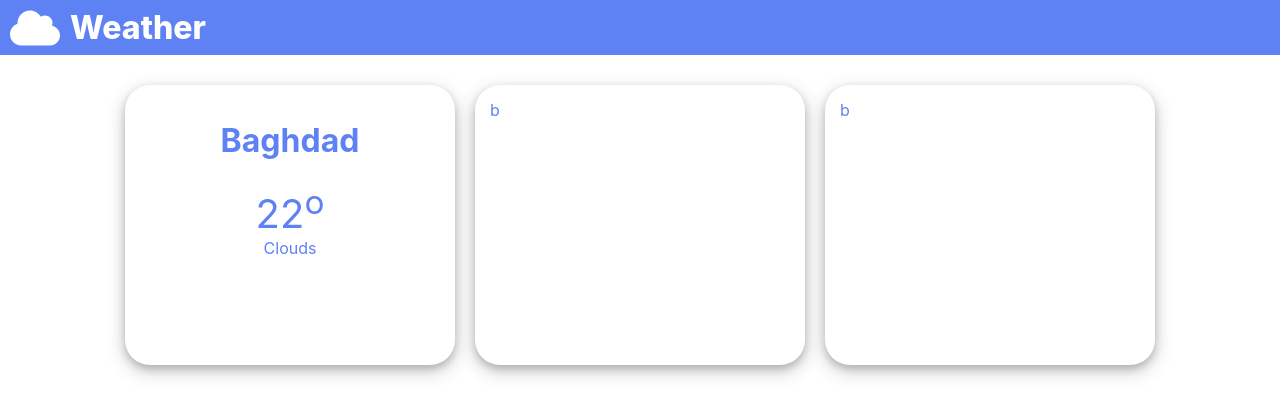
Repository: ahmedazawi/weather-app
Page: /
The author's editor kept a copy of each file at every save. The page is drawn from the files as they stood at one save, then again after the next save.
The browser window is 1280 px wide. The pictures show the whole page.
The project was rebuilt for these pictures with package versions that can differ from the ones it lists, and the page was loaded fresh each time.

Above is the page before, as saved 2022-11-29 21:28:17.

### src/App.js
import "./App.css";
import Header from "./layout/Header";
import Details from "./components/Details";
function App() {
  return (
    <div className="App">
      <Header />
      <Details />
    </div>
  );
}

export default App;

### src/App.css
body {
  --primaryColor: #5e82f4;
  --borderRadius: 25px;
}

.nav {
  display: flex;
  align-items: center;
  height: 55px;
  background-color: var(--primaryColor);
}

### src/layout/Header.js
import React from "react";
import { FontAwesomeIcon } from "@fortawesome/react-fontawesome";
import { faCloud } from "@fortawesome/free-solid-svg-icons";
const Header = () => {
  return (
    <div className="nav">
      <div>
        <FontAwesomeIcon
          className="f-icon"
          icon={faCloud}
          color="White"
          style={{ marginLeft: "10px", fontSize: "40px" }}
        />
      </div>

      <h1 style={{ color: "white", marginLeft: "10px", fontWeight: "800" }}>
        Weather
      </h1>
    </div>
  );
};

export default Header;

### src/components/Details.js
import React from "react";
import "../assets/css/details.css";
const Details = () => {
  return (
    <div className="main">
      <div className="big-cards">
        <div>
          <h1>Baghdad</h1>
          <div style={{ fontSize: "40px" }}>
            22<sup>o</sup>
          </div>
          <div>Clouds</div>
        </div>
        <div>b</div>
        <div>b</div>
      </div>
    </div>
  );
};

export default Details;

### src/assets/css/details.css
.main {
  width: 100%;
  display: flex;
  flex-direction: column;
}

.big-cards {
  width: 100%;
  min-height: fit-content;
  display: flex;
  flex-direction: row;
  flex-wrap: wrap;
  gap: 20px;
  align-items: center;
  justify-content: center;
  margin-top: 30px;
  color: var(--primaryColor);
}
.big-cards > div {
  width: 300px;
  height: 250px;
  background-color: white;
  padding: 15px;
  border-radius: var(--borderRadius);
  box-shadow: 0 4px 8px 0 rgba(0, 0, 0, 0.2), 0 6px 20px 0 rgba(0, 0, 0, 0.19);
}
.big-cards > div:first-child {
  display: flex;
  flex-direction: column;
  align-items: center;
}

Loaded but not shown: public/index.html (common file); src/index.js (common file); src/index.css (common file)

After the next save:
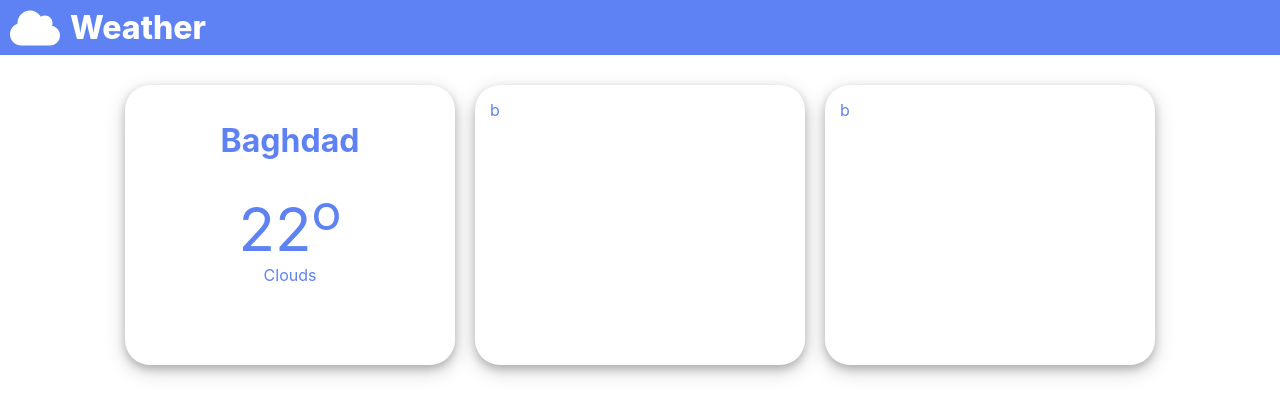
Saved 8 s later.
--- a/src/components/Details.js
+++ b/src/components/Details.js
@@ -6,7 +6,7 @@ const Details = () => {
       <div className="big-cards">
         <div>
           <h1>Baghdad</h1>
-          <div style={{ fontSize: "40px" }}>
+          <div style={{ fontSize: "60px" }}>
             22<sup>o</sup>
           </div>
           <div>Clouds</div>
